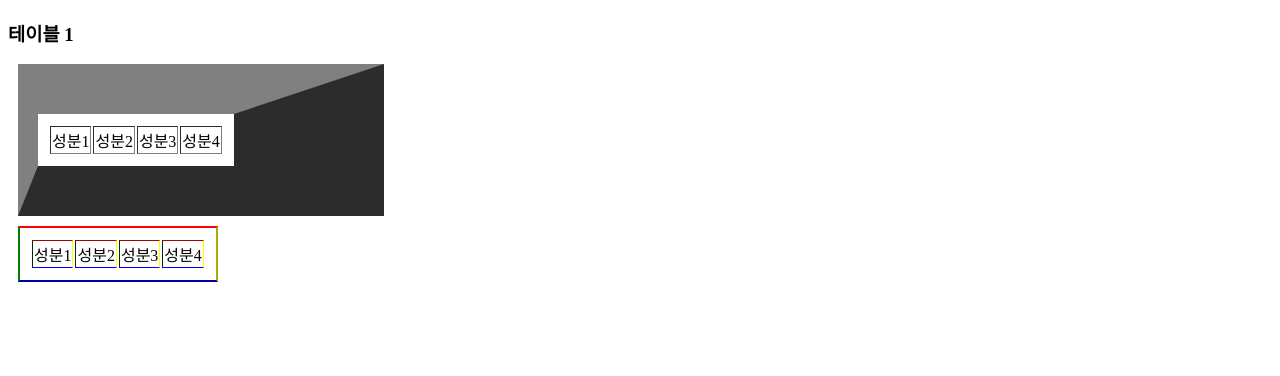
Repository: KimHeonSeung/TJE_HTML
Page: sources/day_04/WebContent/border_width.html
An editor plug-in stored every save of this project. The page is shown before and after the next save, followed by the edit.
The browser window is 1280 px wide. The pictures show the whole page.

Above is the page before, as saved 2019-05-15 01:13:47.

### sources/day_04/WebContent/border_width.html
<!DOCTYPE html>
<html>
<head>
<meta charset="UTF-8">
<title>보더 두께</title>

<style>

	.table1 {
		border-top-width: 50px;
		border-bottom-width: 50px;
		border-left-width: 20px;
		border-right-width: 150px;
		margin: 10px;
		padding: 10px;
	}
	.table2 {
		border-top-color: red;
		border-bottom-color: blue;
		border-left-color: green;
		border-right-color: yellow;
		margin: 10px;
		padding: 10px;
	}

</style>

<table class = "table1" border = "1">
<h3>테이블 1</h3>
	<tr>
		<td>성분1</td>
		<td>성분2</td>
		<td>성분3</td>
		<td>성분4</td>
	</tr>
</table>
<table class = "table2" border = "2">
	<tr>
		<td>성분1</td>
		<td>성분2</td>
		<td>성분3</td>
		<td>성분4</td>
	</tr>
</table>




</head>
<body>



</body>
</html>

After the next save:
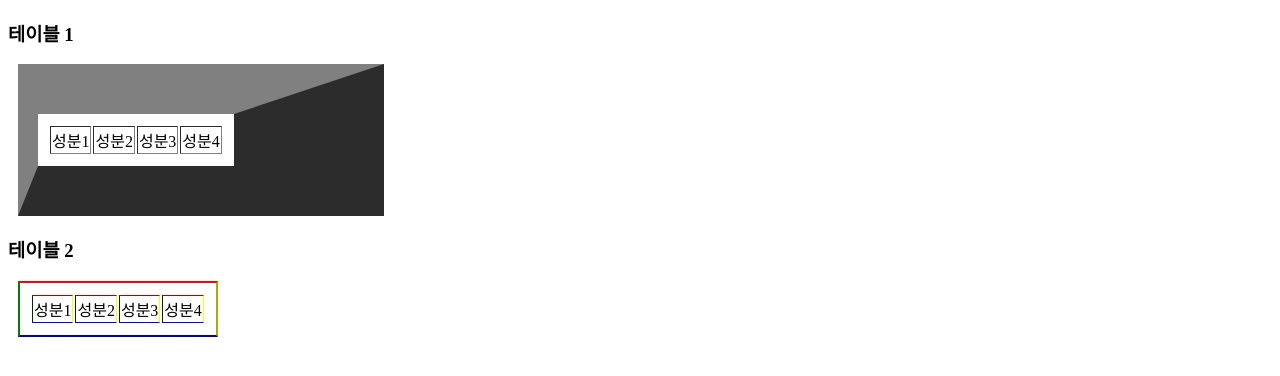
Saved 5 s later.
--- a/sources/day_04/WebContent/border_width.html
+++ b/sources/day_04/WebContent/border_width.html
@@ -35,6 +35,7 @@
 	</tr>
 </table>
 <table class = "table2" border = "2">
+<h3>테이블 2</h3>
 	<tr>
 		<td>성분1</td>
 		<td>성분2</td>
